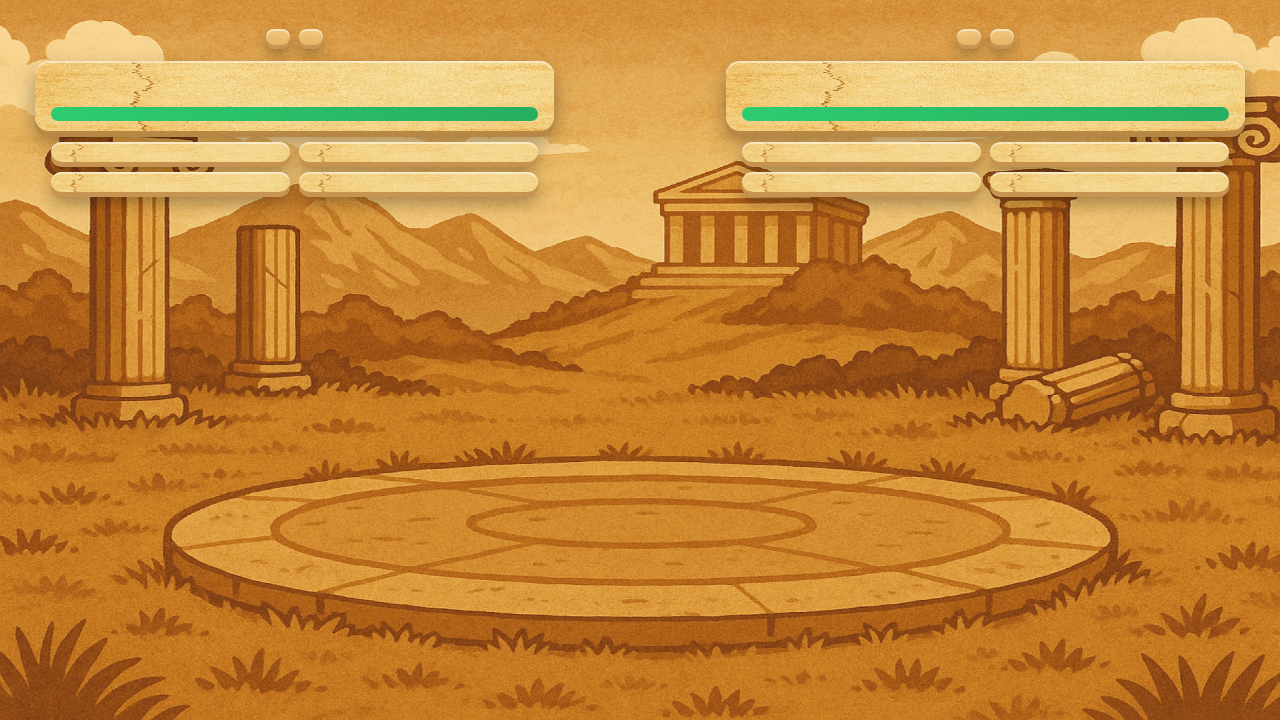
Repository: brianabariteau/Web-1-Final-Project-2025
Page: features/game/game.html
The author's editor kept a copy of each file at every save. The page is drawn from the files as they stood at one save, then again after the next save.
The browser window is 1280 px wide. The pictures show the whole page.
Some web fonts or font styles are not loaded; a fallback is used.

Above is the page before, as saved 2025-12-23 19:04:36.

After the next save:
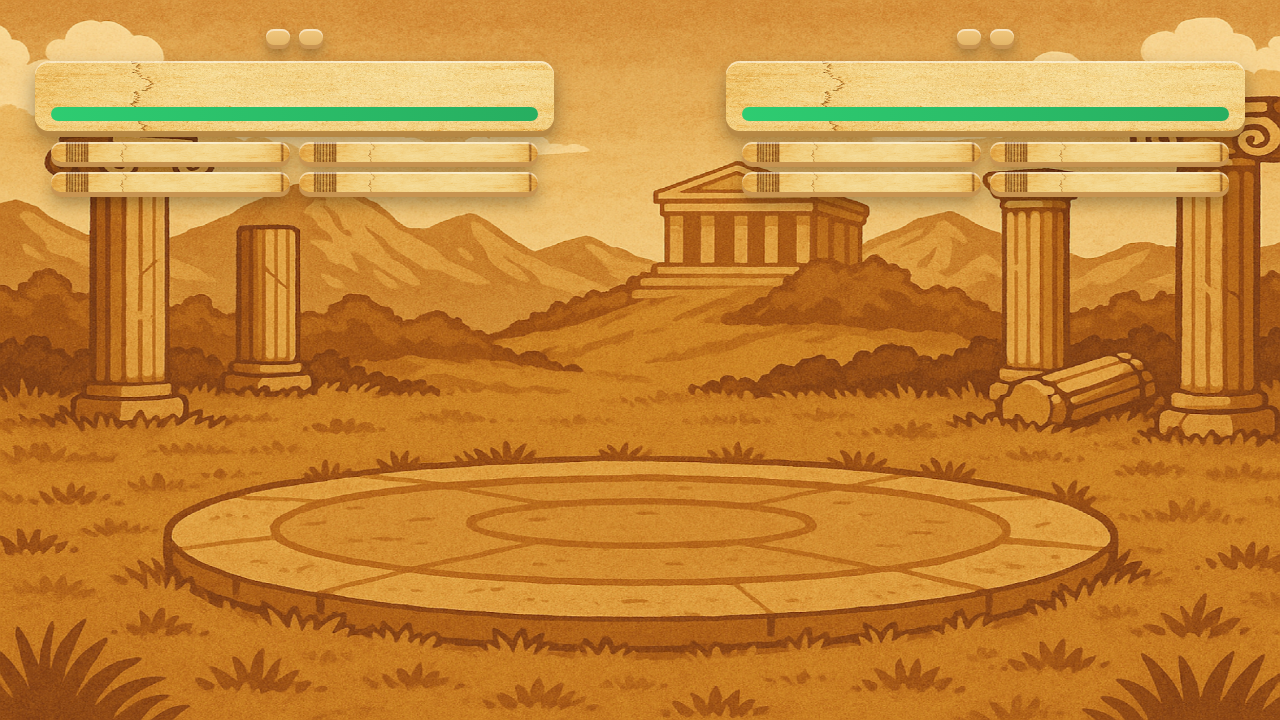
Saved 11 s later.
--- a/features/game/game.css
+++ b/features/game/game.css
@@ -153,7 +153,7 @@ body {
   transition: transform 0.12s ease, box-shadow 0.12s ease;
 
   background-image: url("../character-selection/assets/parchment-background.png");
-  background-size: 200% 200%;
+  background-size: 100% 200%;
   background-repeat: no-repeat;
   background-position: center;
 }
